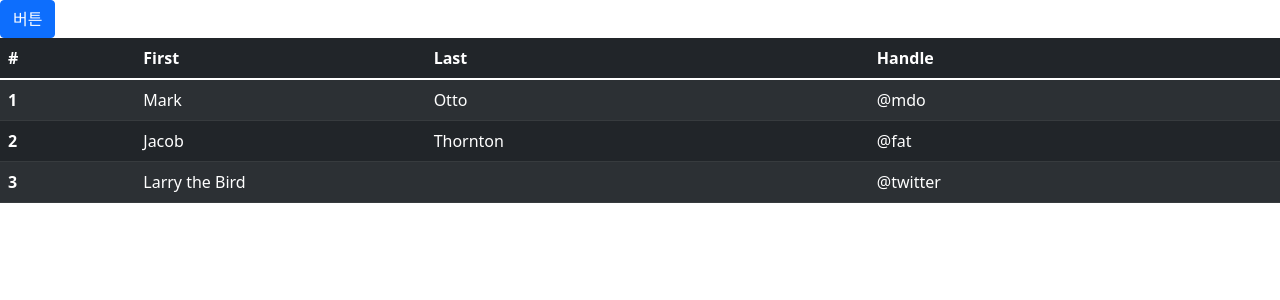
Repository: izuiw/team
Page: http://localhost/qCali/WEB-INF/views/test.jsp
The author's editor kept a copy of each file at every save. The page is drawn from the files as they stood at one save, then again after the next save.
The browser window is 1280 px wide. The pictures show the whole page.
The page is served by Tomcat 9. Nobody is signed in. The template is opened directly, without the code that normally fills it, so the values that code supplies are empty.

Above is the page before, as saved 2022-04-29 06:33:39.

After the next save:
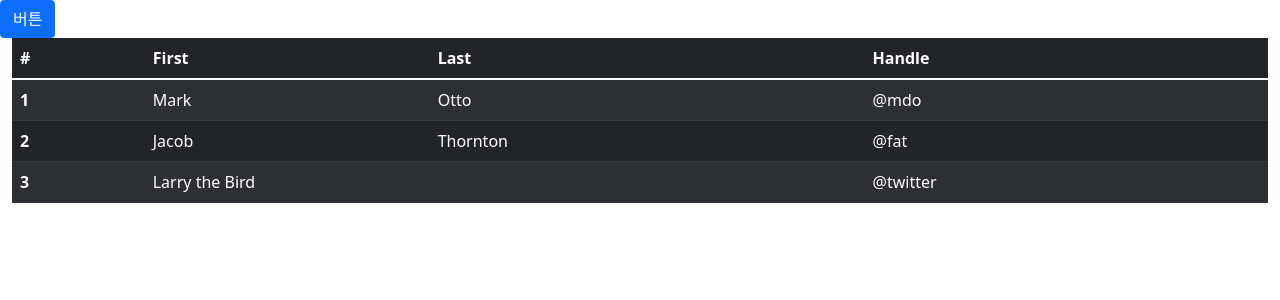
Saved 30 s later.
--- a/qCali/src/main/webapp/WEB-INF/views/test.jsp
+++ b/qCali/src/main/webapp/WEB-INF/views/test.jsp
@@ -9,7 +9,7 @@
 </head>
 <body>
 <button class="btn btn-primary">버튼</button>
-
+<div class="container-fluid">
 <table class="table table-dark table-striped">
   <thead>
     <tr>
@@ -39,6 +39,7 @@
     </tr>
   </tbody>
 </table>
+</div>
 
 <script src="https://cdn.jsdelivr.net/npm/bootstrap@5.1.3/dist/js/bootstrap.bundle.min.js" integrity="sha384-ka7Sk0Gln4gmtz2MlQnikT1wXgYsOg+OMhuP+IlRH9sENBO0LRn5q+8nbTov4+1p" crossorigin="anonymous"></script>
 </body>
